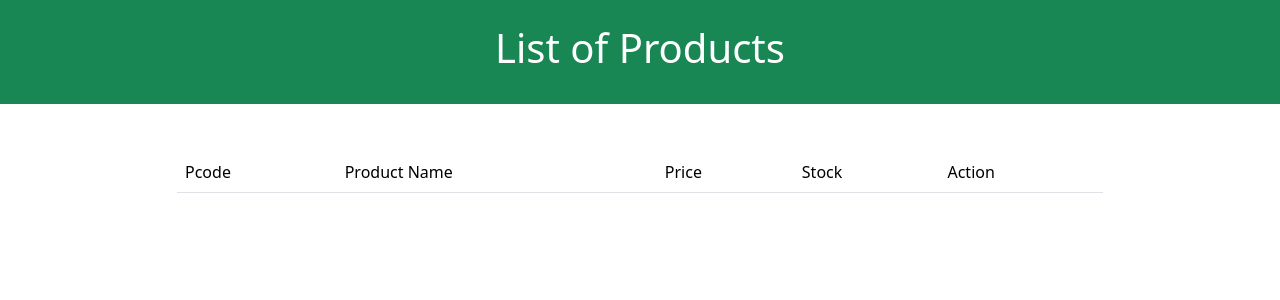
Repository: igatecomputereducation/classes
Page: http://localhost/spring-mvc-project/dispproducts
An editor plug-in stored every save of this project. The page is shown before and after the next save, followed by the edit.
The browser window is 1280 px wide. The pictures show the whole page.
The page is served by Tomcat 9. Queries for data that is not in the repository find no rows.

Above is the page before, as saved 2024-02-28 04:08:52.

After the next save:
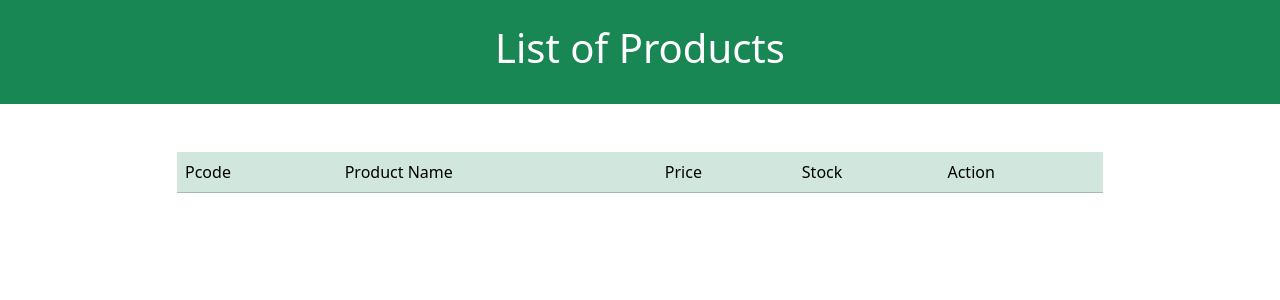
Saved 21 s later.
--- a/spring-mvc-project/spring-mvc-project/src/main/webapp/WEB-INF/views/dispproducts.jsp
+++ b/spring-mvc-project/spring-mvc-project/src/main/webapp/WEB-INF/views/dispproducts.jsp
@@ -27,7 +27,7 @@
 
 
                     <table class="table mt-5">
-                        <tr class="bg-success text-white">
+                        <tr class="table-success text-white">
                             <td>Pcode</td>
                             <td>Product Name</td>
                             <td>Price</td>
